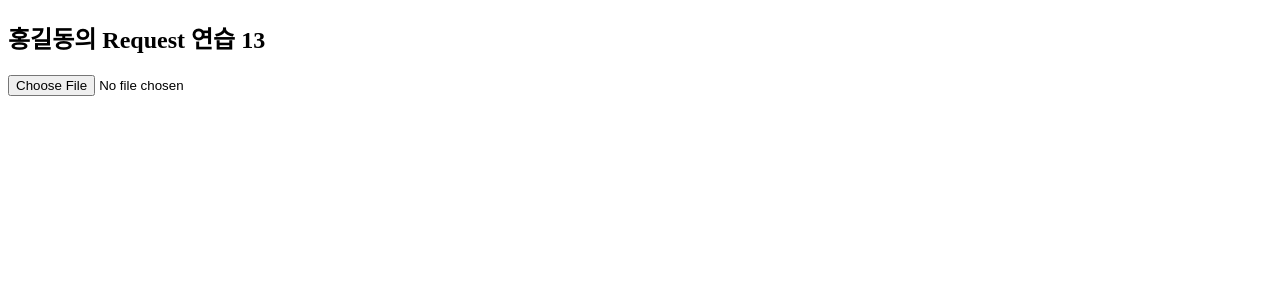
Repository: kdh4357065/3_highjava
Page: http://localhost/webTest/basic/reqNresp/requestTest01.jsp
The author's editor kept a copy of each file at every save. The page is drawn from the files as they stood at one save, then again after the next save.
The browser window is 1280 px wide. The pictures show the whole page.
The page is served by Tomcat 9. Other server files are loaded and not shown.

Above is the page before, as saved 2023-03-28 02:20:38.

### WorkSpace/webTest/src/main/webapp/basic/reqNresp/requestTest01.jsp
<%@ page language="java" contentType="text/html; charset=UTF-8"
    pageEncoding="UTF-8"%>
<!DOCTYPE html>
<html>
<head>
<!--
	HTML주석
 -->

<%--
	이것은 JSP주석입니다.
--%>

<%
	//이 영역은 JSP문서에서 JAVA명령을 사용할 수 있는 영역으로 '스크립트릿'이라고 한다.
	String name = "홍길동";
%>
<meta charset="UTF-8">
<title>Insert title here</title>
</head>
<body>
<%--

<%=변수 또는 수식 %> ==> JSP에서 변수에 저장된 값이나 수식의 결과를 출력할 때 사용한다.

--%>

<!--
	<form>태그의 속성
	1) action ==> <form>태그 영역에서 구성한 데이터를 받아서 처리할 문서명 또는 서블릿 URL
	2) method ==> 전송방식(GET, POST) ==> 기본값 : GET
	3) target ==> 응답이 나타날 프레임명
	4) enctype ==> 인코딩 방식
-->

<h2><%=name %>의 Request 연습 <%=3 * 2 + 7 %></h2>
<form action="" method="get" target="" enctype="">
	<input type="file">
</form>

</body>
</html>

After the next save:
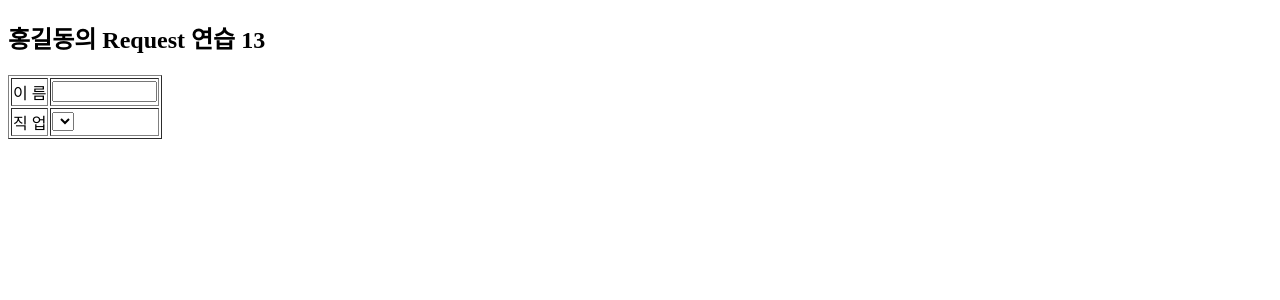
Saved 5 min 31 s later.
--- a/WorkSpace/webTest/src/main/webapp/basic/reqNresp/requestTest01.jsp
+++ b/WorkSpace/webTest/src/main/webapp/basic/reqNresp/requestTest01.jsp
@@ -30,12 +30,26 @@
 	1) action ==> <form>태그 영역에서 구성한 데이터를 받아서 처리할 문서명 또는 서블릿 URL
 	2) method ==> 전송방식(GET, POST) ==> 기본값 : GET
 	3) target ==> 응답이 나타날 프레임명
-	4) enctype ==> 인코딩 방식
+	4) enctype ==> 인코딩 방식(서버로 파일을 전송할 때는 이 속성에 'multipart/form-data'로 지정해야 한다.)
 -->
 
 <h2><%=name %>의 Request 연습 <%=3 * 2 + 7 %></h2>
-<form action="" method="get" target="" enctype="">
-	<input type="file">
+<form action="/webTest/requestTest01.do" method="get">
+<table border="1">
+<tr>
+	<td>이 름</td>
+	<td><input type="text" size="10" name="username"></td>
+</tr>
+
+<tr>
+	<td>직 업</td>
+	<td>
+		<select name="job">
+			<option value="무직>무직</oprtion>
+		</select>>
+	</td>
+</tr>
+</table>
 </form>
 
 </body>
